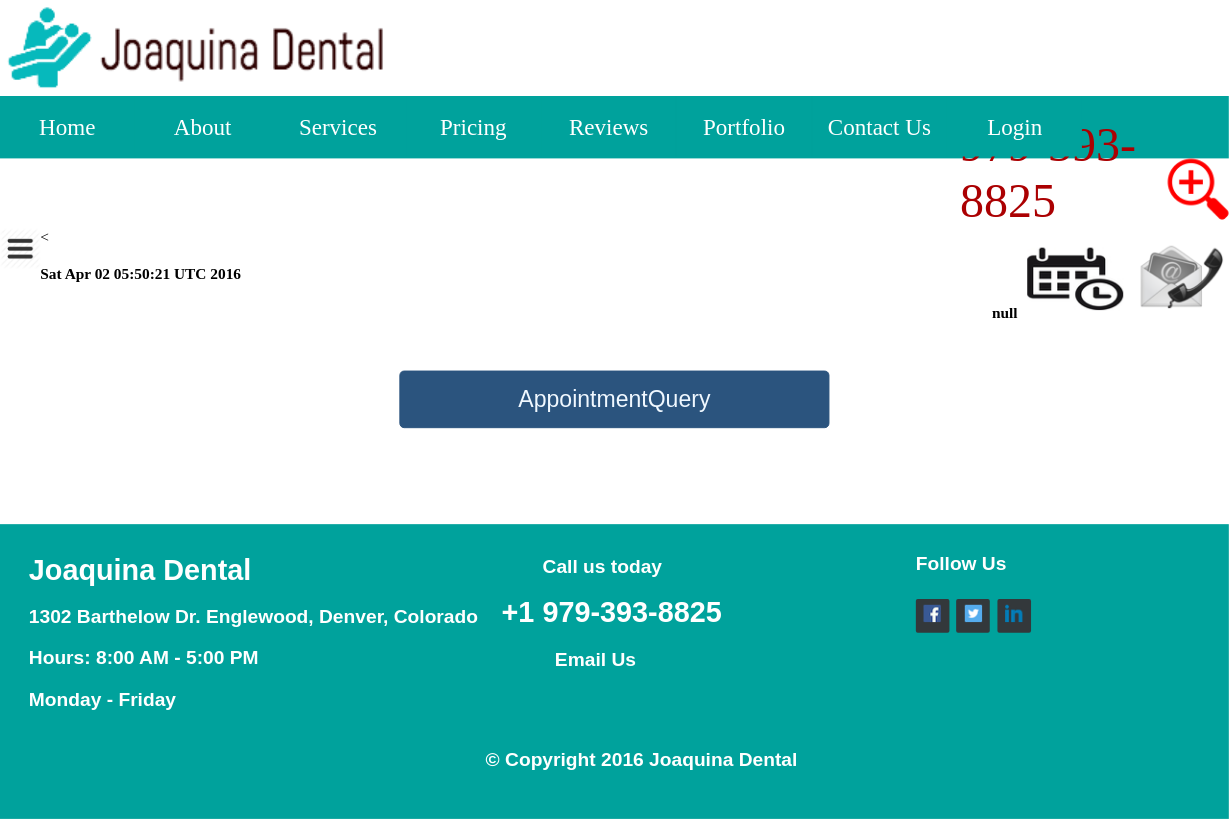
Repository: ManjushaBolishetty/test
Page: http://localhost/test/DentistHomePage.jsp
These files come from the project's save history. The page is drawn as it stood at one moment and after the next save; the edit follows.
The browser window is 1280 px wide. The pictures show the whole page, at 96% of full size.
The page is served by Tomcat 9.

Above is the page before, as saved 2016-04-03 06:55:31.

After the next save:
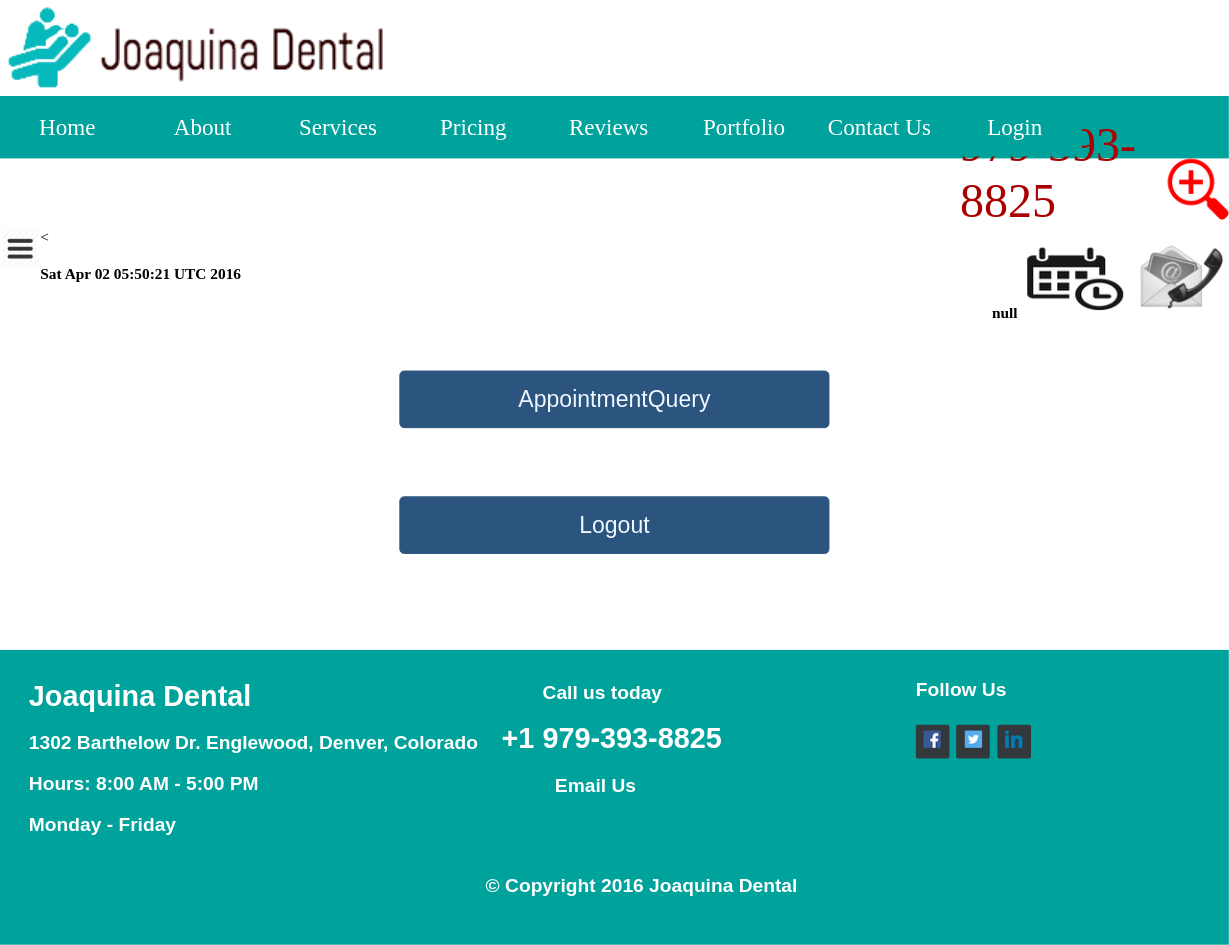
Saved 2 min 7 s later.
--- a/test/WebContent/DentistHomePage.jsp
+++ b/test/WebContent/DentistHomePage.jsp
@@ -17,6 +17,9 @@
 %>
   <form action="HelloWorldServlet" method="post">
       <input type="submit" name="AppointmentQuery" value="AppointmentQuery" />
+  </form>
+  <form action="Login" method="post">
+      <input type="submit" name="Logout" value="Logout" />
   </form>
   <footer class="footer-distributed">
 			<div class="footer-left">
